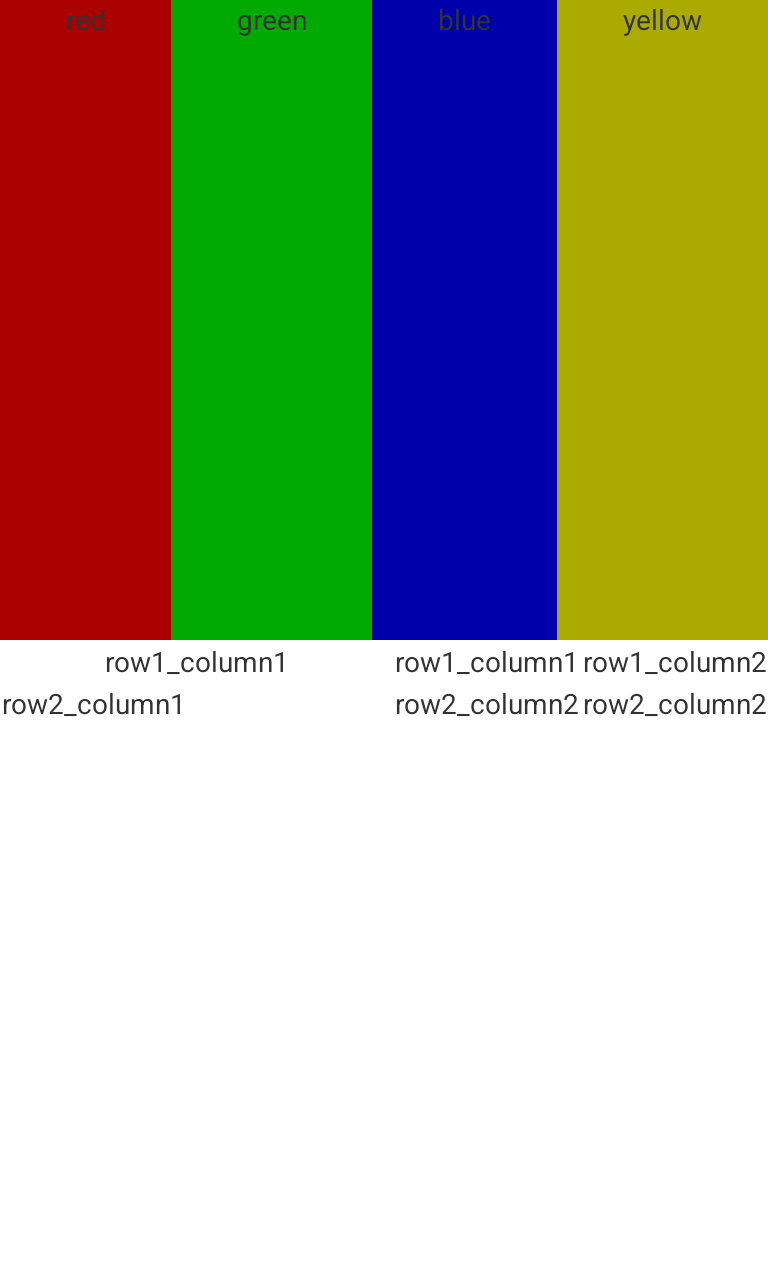
Repository: HouJun11220033/Android
Layout: Layout_04/res/layout/second.xml
These files come from the project's save history. The layout is drawn as it stood at one moment and after the next save; the edit follows.
It is drawn on a 768 x 1280 px phone screen (xhdpi) without system bars, with theme AppTheme; the app's code is not run.

Above is the layout before, as saved 2016-09-15 16:07:11.

After the next save:
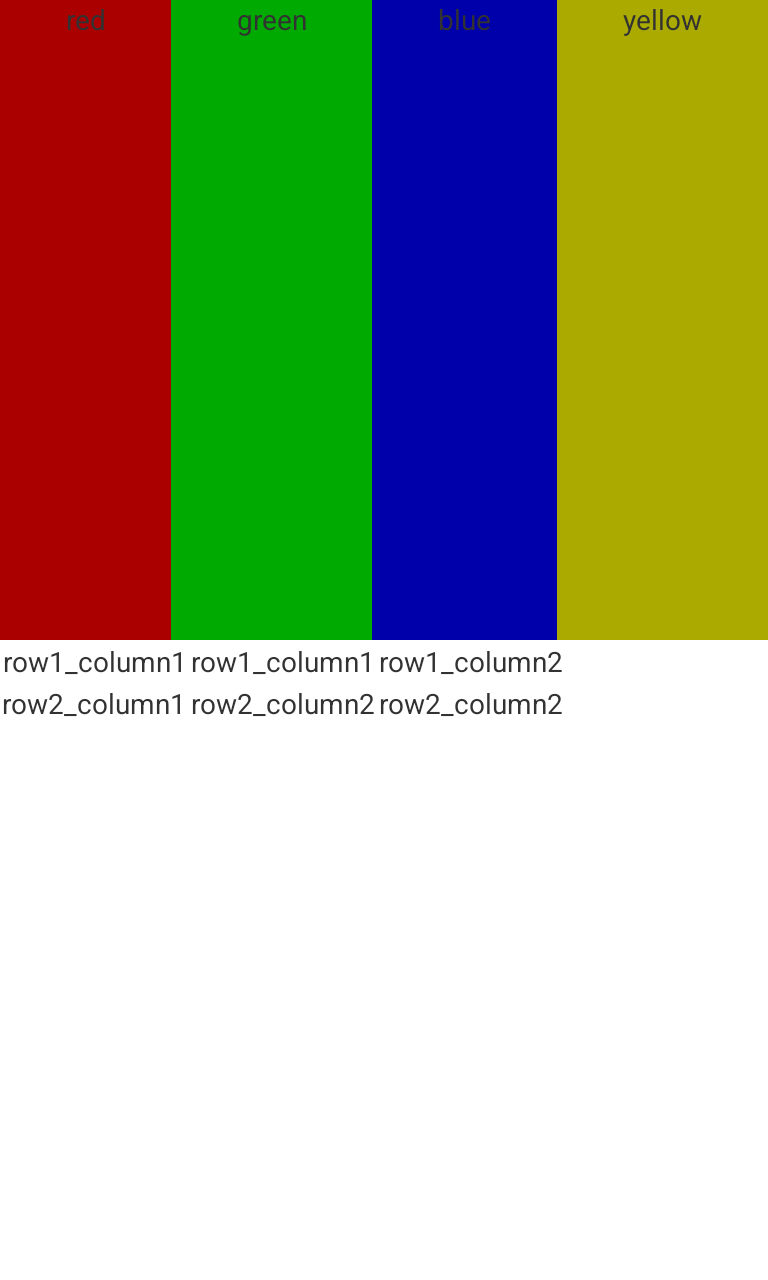
Saved 2 min 56 s later.
--- a/Layout_04/res/layout/second.xml
+++ b/Layout_04/res/layout/second.xml
@@ -52,7 +52,7 @@
         <TableLayout
             android:layout_width="fill_parent"
             android:layout_height="fill_parent"
-            android:stretchColumns="0" >
+            android:stretchColumns="4" >
 
             <TableRow>
 
